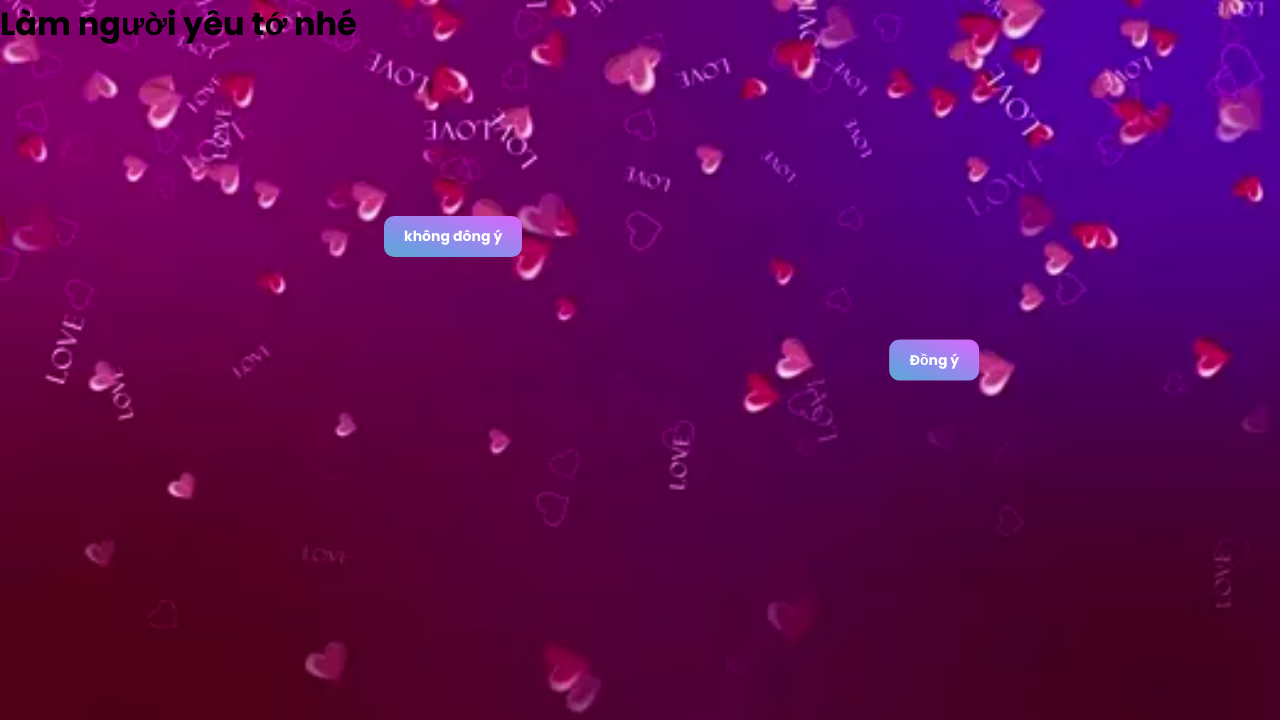
Repository: kuluong2000/love
Page: index.html
An editor plug-in stored every save of this project. The page is shown before and after the next save, followed by the edit.
The browser window is 1280 px wide. The pictures show the whole page.

Above is the page before, as saved 2022-06-05 09:59:46.

### index.html
<!DOCTYPE html>
<html lang="en">
  <head>
    <meta charset="UTF-8" />
    <meta http-equiv="X-UA-Compatible" content="IE=edge" />
    <meta name="viewport" content="width=device-width, initial-scale=1.0" />
    <link rel="stylesheet" href="app.css" />
    <title>Document</title>
  </head>
  <body>
    <div class="love">
      <h1>Làm người yêu tớ nhé</h1>
      <button class="love-success btn">Đồng ý</button>
      <button class="love-fail btn">không đông ý</button>
    </div>
    <div class="box">
      <h2>Yêu cậu</h2>
      <p>Moaaaaaaaaaaa</p>
    </div>
    <script src="./app.js"></script>
  </body>
</html>

### app.css
@import url("https://fonts.googleapis.com/css2?family=Poppins:ital,wght@0,300;0,400;0,500;0,600;0,700;1,300;1,400;1,500;1,600;1,700&display=swap");
* {
  padding: 0;
  margin: 0;
  box-sizing: border-box;
}
body {
  font-family: "Poppins", sans-serif;
}
.love {
  position: relative;
  width: 100%;
  height: 100vh;
  background: url("./image/bg.webp") no-repeat center / cover;
}
.btn {
  display: inline-block;
  position: absolute;
  border: none;
  outline: none;
  cursor: pointer;
  padding: 10px 20px;
  border-radius: 10px;
  background-image: linear-gradient(to right top, #6ba6d1, #69a2d9, #6c9ee0, #7698e5, #8491e8, #8e8cec, #9b87ef, #a980f0, #b57af5, #c273f8, #d06afa, #df5ffb);
  color: white;
  font-size: 14px;
  font-family: "Poppins", sans-serif;
  font-weight: bold;
  transition: color 0.2s ease;
  overflow: hidden;
}

.btn::before {
  content: "";
  position: absolute;
  width: 0%;
  height: 100%;
  top: 0;
  right: 0;

  /* background-color: transparent; */
  transition: width 0.2s cubic-bezier(0.29, 0.18, 0.26, 0.83);
  background-image: linear-gradient(to right top, #6b74d1, #736ddb, #8065e3, #905ae8, #a34aeb, #b33ee4, #c12ddb, #ce12d2, #d508c1, #d808b0, #da12a1, #d91d93);

  z-index: -1;
}
.btn:hover::before {
  width: 100%;
  left: 0;
}
.love-success {
  right: 20%;
  top: 50%;
  transform: translate(-50%, -50%);
}
.love-fail {
  top: 30%;
  left: 30%;
  transform: translate(0);
}
.box {
  position: absolute;
  top: 50%;
  left: 50%;
  width: 300px;
  height: 200px;
  border-radius: 10px;
  transform: translate(-50%, -50%);
  background-image: linear-gradient(to right, #6b74d1, #736ddb, #8065e3, #905ae8, #a34aeb, #b33ee4, #c12ddb, #ce12d2, #d508c1, #d808b0, #da12a1, #d91d93);
  box-shadow: rgba(100, 100, 111, 0.2) 0px 7px 29px 0px;
  color: white;
  display: flex;
  align-items: center;
  justify-content: center;
  flex-direction: column;
  opacity: 0;
  visibility: hidden;
  transform: scale(0);
  transition: transform 0.3s linear;
  z-index: 999999;
}
.box.open {
  opacity: 1;
  visibility: visible;
  transform: scale(1);
}

### app.js
let position = document.body.getBoundingClientRect();
let widthBody = position.width;
let height = position.height;
let btnSuccess = document.querySelector(".love-success");
const btnFail = document.querySelector(".love-fail");
const btnSize = btnFail.offsetWidth;
const box = document.querySelector(".box");
btnFail.addEventListener("mouseenter", () => {
  btnFail.style.left = `${Math.random() * widthBody}px`;

  btnFail.style.top = `${Math.random() * height}px`;
  //   btnFail.style.left = `${Math.random() * widthBody}px`;
  //   btnFail.style.left = `${Math.random() * widthBody}px`;
});
btnSuccess.addEventListener("click", () => {
  box.classList.add("open");
});

After the next save:
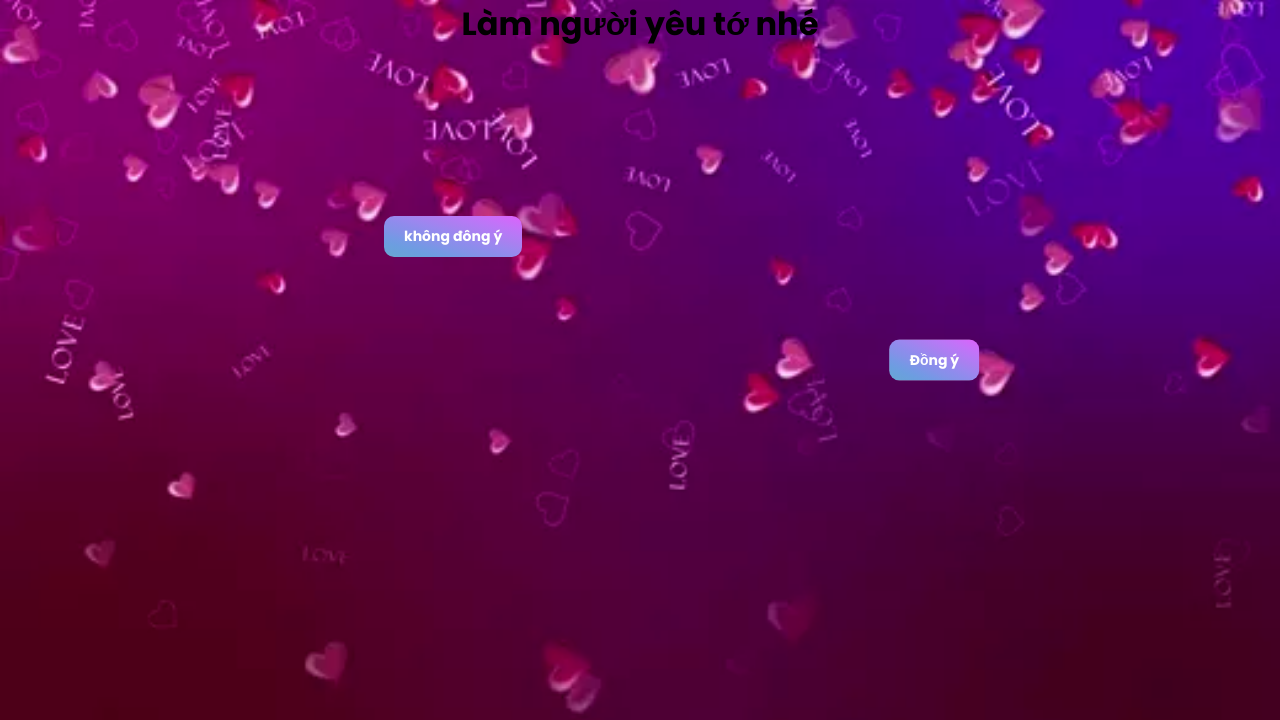
Saved 7 s later.
--- a/app.css
+++ b/app.css
@@ -12,6 +12,9 @@ body {
   width: 100%;
   height: 100vh;
   background: url("./image/bg.webp") no-repeat center / cover;
+}
+h1 {
+  text-align: center;
 }
 .btn {
   display: inline-block;
